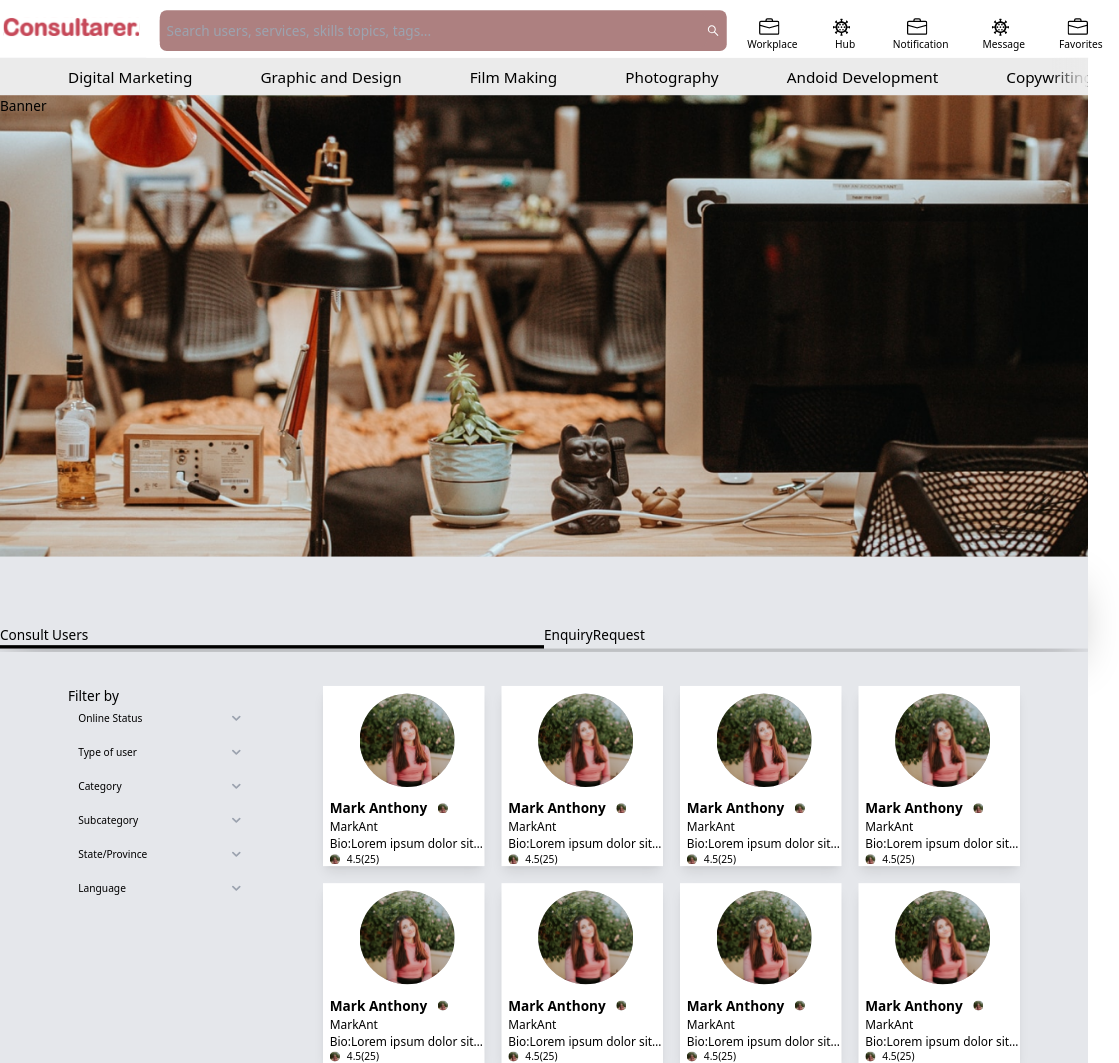
Repository: hisreal123/Consultarer
Page: /
These files come from the project's save history. The page is drawn as it stood at one moment and after the next save; the edit follows.
The browser window is 1280 px wide. The page is 1317 px wide, so the pictures cover 1317 px, including what lies to the right of the window. The pictures show the whole page, at 85% of full size.
The project was rebuilt for these pictures with package versions that can differ from the ones it lists, and the page was loaded fresh each time. The framework's server and built-in components were replaced by stand-ins that run in the browser. Also part of the build but not shown: next.config.js, webpack.config.js, components/Filter/Sortby.js.

Above is the page before, as saved 2022-04-26 00:31:02.

After the next save:
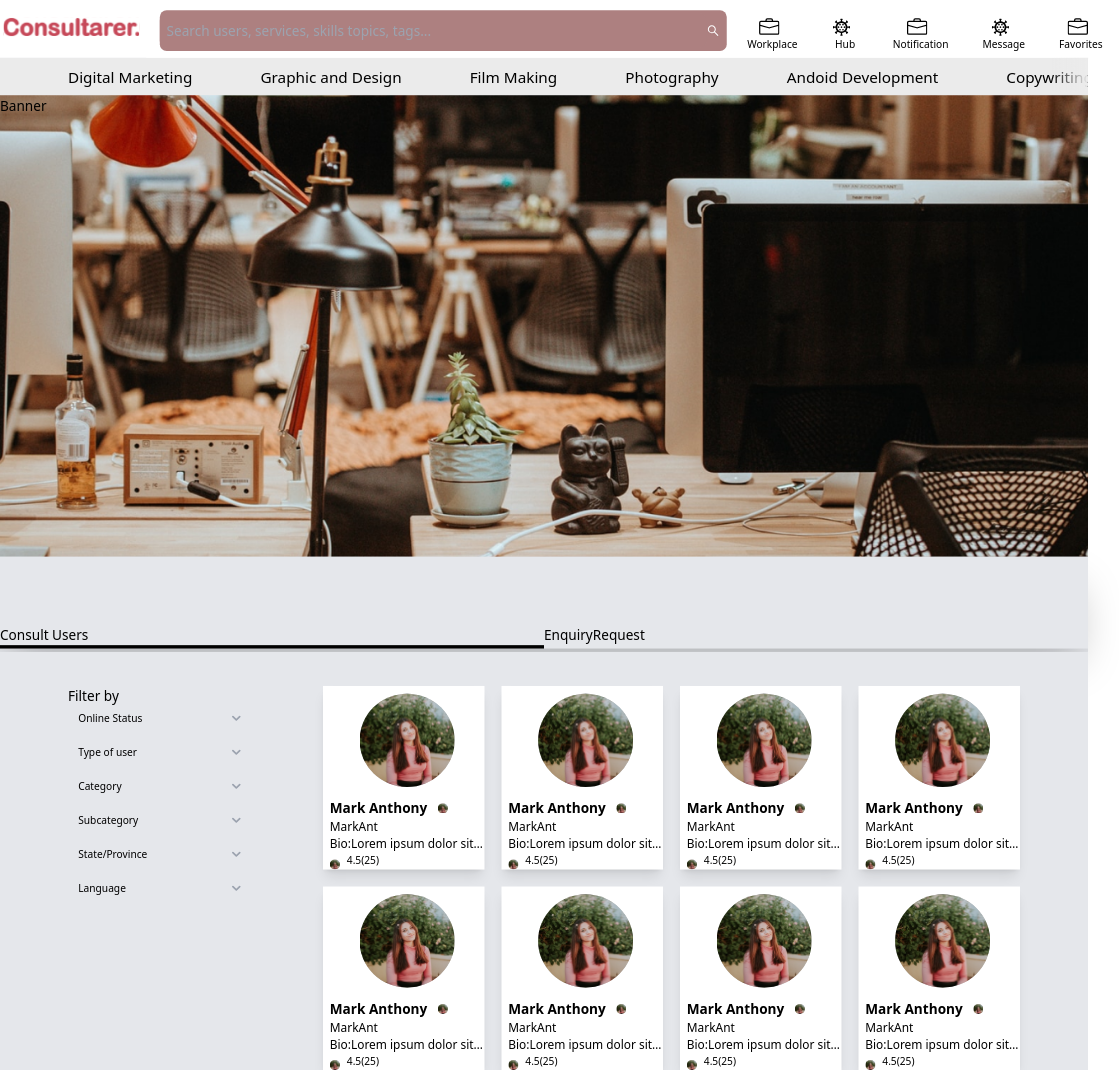
Saved 6 s later.
--- a/components/CardContent/UserCard.js
+++ b/components/CardContent/UserCard.js
@@ -145,7 +145,7 @@ export const UserCard = ({ userStyle }) => {
                 </p>
 
                 <p className="star text-xs flex items-center">
-                  <div className="w-3 mr-2 ">
+                  <div className="w-3 mr-2 mt-2">
                     <Image
                       src="/img/unsplash_x9cXI2eQLBw.svg"
                       alt="verified"
